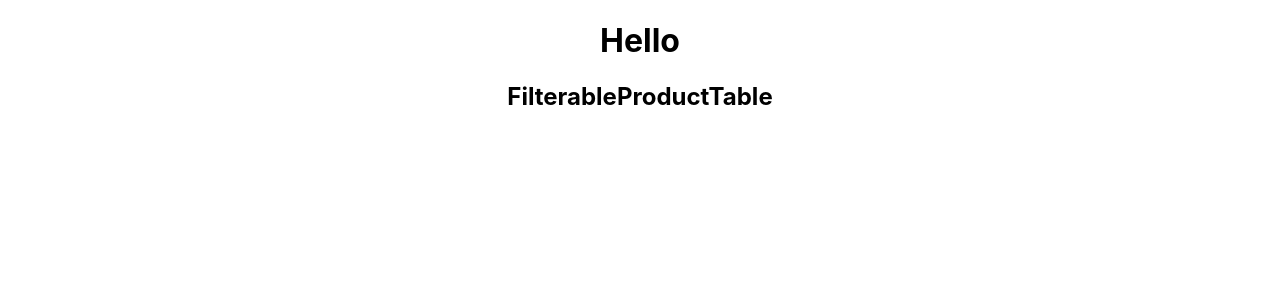
Repository: rezapurnamaa/product-category
Page: /
These files come from the project's save history. The page is drawn as it stood at one moment and after the next save; the edit follows.
The browser window is 1280 px wide. The pictures show the whole page.
The project was rebuilt for these pictures with package versions that can differ from the ones it lists, and the page was loaded fresh each time.

Above is the page before, as saved 2023-06-23 00:59:17.

### src/App.js
import "./App.css";

function App() {
  return (
    <div className="App">
      <h1>Hello</h1>
      <FilterableProductTable />
    </div>
  );
}

export default App;

function FilterableProductTable() {
  return (
    <>
      <h2>FilterableProductTable</h2>
    </>
  );
}

function SearchBar() {}

function ProductTable() {}

Loaded but not shown: public/index.html (common file); src/index.js (common file); src/index.css (common file); src/reportWebVitals.js (common file); src/App.css (common file)

After the next save:
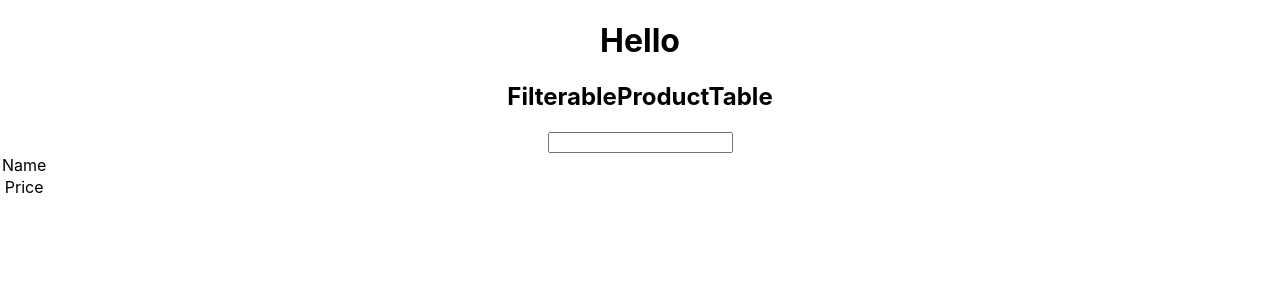
Saved 3 min 35 s later.
--- a/src/App.js
+++ b/src/App.js
@@ -15,10 +15,31 @@ function FilterableProductTable() {
   return (
     <>
       <h2>FilterableProductTable</h2>
+      <SearchBar />
+      <ProductTable />
     </>
   );
 }
 
-function SearchBar() {}
+function SearchBar() {
+  return (
+    <>
+      <input type="text" />
+    </>
+  );
+}
 
-function ProductTable() {}
+function ProductTable() {
+  return (
+    <>
+      <table>
+        <thead>Name</thead>
+        <thead>Price</thead>
+      </table>
+    </>
+  );
+}
+
+function ProductCategoryRow() {}
+
+function ProductRow() {}
